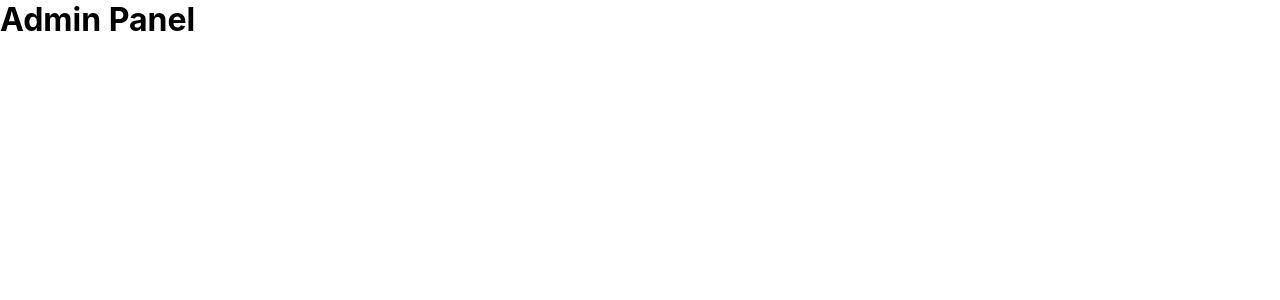
Repository: Prafullkuma/jwttoken
Page: /admin
These files come from the project's save history. The page is drawn as it stood at one moment and after the next save; the edit follows.
The browser window is 1280 px wide. The pictures show the whole page.
The project was rebuilt for these pictures with package versions that can differ from the ones it lists, and the page was loaded fresh each time. Also part of the build but not shown: src/App.css, src/component/Auth/Signup.js, src/component/Auth/Signin.js, src/component/User/User.js, src/component/Home/Home.js.

Above is the page before, as saved 2020-08-22 20:31:44.

### src/App.js
import React from 'react';
import { BrowserRouter, Route } from 'react-router-dom'
import './App.css';
import Navbar from './component/Navbar'
import Signup from './component/Auth/Signup';
import Signin from './component/Auth/Signin';
import User from './component/User/User';
import Dashboard from './component/Admin/Dashboard';
import Home from './component/Home/Home';

function App() {
  return (
    <div className="App">
      <BrowserRouter>
        <Navbar />
        <Route path="/signup" component={Signup} />
        <Route path="/signin" component={Signin} />
        <Route path="/user" component={User} />
        <Route path="/admin" component={Dashboard} />
        <Route exact path="/" component={Home} />
      </BrowserRouter>
    </div>
  );
}

export default App;

### src/component/Navbar.js
import React from 'react'

function Navbar() {
    return (
        <div>
            <section>
                <nav></nav>
            </section>
        </div>
    )
}

export default Navbar

### src/component/Admin/Dashboard.js
import React from 'react'

function Dashboard() {
    return (
        <div>
            <h1>Admin Panel</h1>
        </div>
    )
}

export default Dashboard

Loaded but not shown: src/index.js (common file); src/index.css (common file)

After the next save:
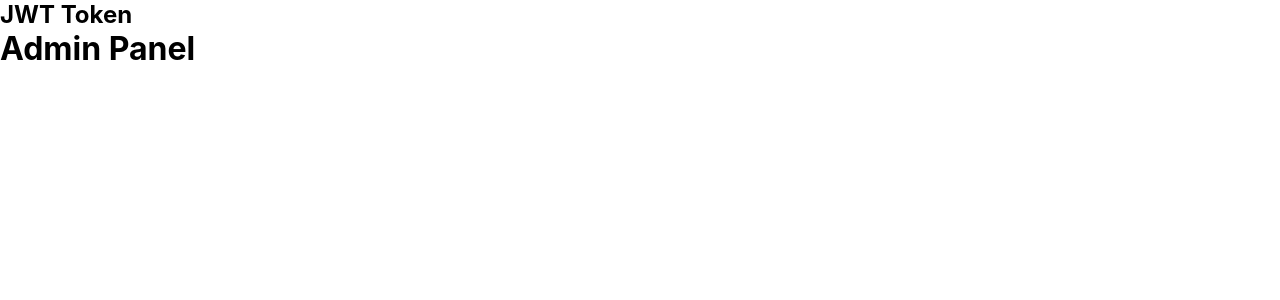
Saved 14 s later.
--- a/src/component/Navbar.js
+++ b/src/component/Navbar.js
@@ -4,7 +4,10 @@ function Navbar() {
     return (
         <div>
             <section>
-                <nav></nav>
+                <h1>JWT Token</h1>
+                <nav>
+
+                </nav>
             </section>
         </div>
     )
